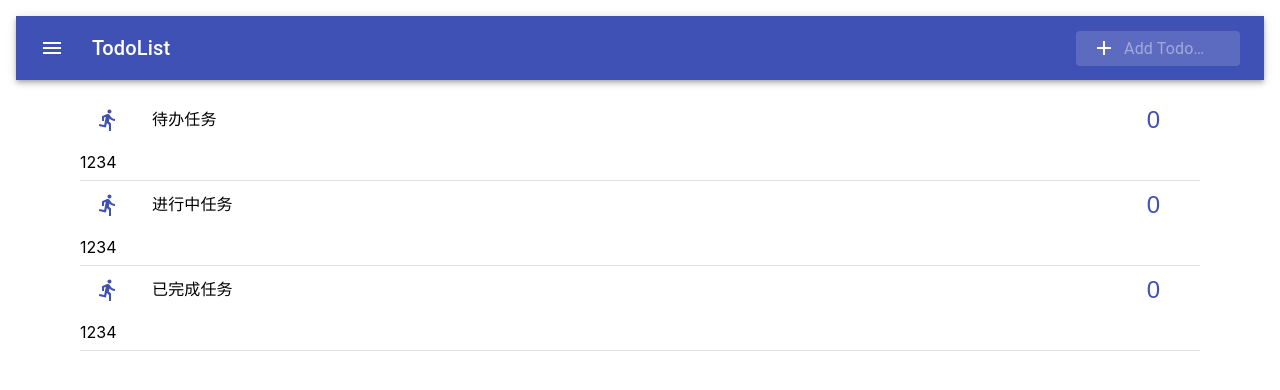
Repository: harperl71/TodoList
Page: /
These files come from the project's save history. The page is drawn as it stood at one moment and after the next save; the edit follows.
The browser window is 1280 px wide. The pictures show the whole page.
The project was rebuilt for these pictures with package versions that can differ from the ones it lists, and the page was loaded fresh each time.

Above is the page before, as saved 2021-05-21 10:08:30.

### src/App.tsx
import React from "react";
import Header from "./components/header";
import Content from "./components/content";
import Footer from "./components/footer";
import Myprovider from "./context";
import TaskItem from "./components/content/task-item";

function App() {
  return (
    <div className="APP">
      <Myprovider>
        <Header />
        <Content />
        <Footer />
        {/*  <TaskItem /> */}
      </Myprovider>
    </div>
  );
}

export default App;

### src/components/header/index.tsx
import React, { useContext } from "react";
import { MyContext } from "../../context";
import AppBar from "@material-ui/core/AppBar";
import Toolbar from "@material-ui/core/Toolbar";
import IconButton from "@material-ui/core/IconButton";
import Typography from "@material-ui/core/Typography";
import InputBase from "@material-ui/core/InputBase";
import { makeStyles, fade } from "@material-ui/core/styles";
import MenuIcon from "@material-ui/icons/Menu";
import AddIcon from "@material-ui/icons/Add";

const useStyles = makeStyles((theme) => ({
  header: {
    margin: theme.spacing(2),
    justifyContent: "space-between",
  },
  listButton: {
    marginRight: theme.spacing(2),
  },
  title: {
    flexGrow: 1,
    display: "none",
    [theme.breakpoints.up("sm")]: {
      display: "block",
    },
  },
  search: {
    position: "relative",
    borderRadius: theme.shape.borderRadius,
    backgroundColor: fade(theme.palette.common.white, 0.15),
    "&:hover": {
      backgroundColor: fade(theme.palette.common.white, 0.25),
    },
    marginLeft: 0,
    width: "100%",
    [theme.breakpoints.up("sm")]: {
      marginLeft: theme.spacing(1),
      width: "auto",
    },
  },
  addIcon: {
    padding: theme.spacing(0, 2),
    height: "100%",
    position: "absolute",
    pointerEvents: "none",
    display: "flex",
    alignItems: "center",
    justifyContent: "center",
  },
  inputRoot: {
    color: "inherit",
  },
  inputInput: {
    padding: theme.spacing(1, 1, 1, 0),
    // vertical padding + font size from searchIcon
    paddingLeft: `calc(1em + ${theme.spacing(4)}px)`,
    transition: theme.transitions.create("width"),
    width: "100%",
    [theme.breakpoints.up("sm")]: {
      width: "12ch",
      "&:focus": {
        width: "20ch",
      },
    },
  },
}));

export default function SearchAppBar() {
  const classes = useStyles();
  const { Add } = useContext(MyContext);

  const enterPress = (evt: React.SyntheticEvent) => {
    if (
      (evt as KeyboardEventInit).code === "Enter" &&
      (evt.target as HTMLInputElement).value !== ""
    ) {
      Add((evt.target as HTMLInputElement).value);
      (evt.target as HTMLInputElement).value = "";
    }
  };

  return (
    <div className={classes.header}>
      <AppBar position="static">
        <Toolbar>
          <IconButton
            edge="start"
            className={classes.listButton}
            color="inherit"
            aria-label="open drawer"
          >
            <MenuIcon />
          </IconButton>
          <Typography className={classes.title} variant="h6" noWrap>
            TodoList
          </Typography>
          <div className={classes.search}>
            <div className={classes.addIcon}>
              <AddIcon />
            </div>
            <InputBase
              placeholder="Add Todo…"
              required
              classes={{
                root: classes.inputRoot,
                input: classes.inputInput,
              }}
              onKeyPress={enterPress}
            />
          </div>
        </Toolbar>
      </AppBar>
    </div>
  );
}

### src/components/content/index.tsx
import React, { Fragment } from "react";
import TaskList from "./task-list";
import { makeStyles } from "@material-ui/core";

const useStyles = makeStyles((theme) => ({
  content: {
    margin: theme.spacing(0, 6),
    justifyContent: "center",
  },
}));

const Content = () => {
  const classes = useStyles();
  return (
    <div className={classes.content}>
      <Fragment>
        <TaskList title="待办任务" status="todo" />
        <TaskList title="进行中任务" status="doing" />
        <TaskList title="已完成任务" status="done" />
      </Fragment>
    </div>
  );
};

export default Content;

### src/components/footer/index.tsx
import React from "react";

const Footer = () => {
  return <div className="footer"></div>;
};

export default Footer;

### src/context/index.tsx
import React, { createContext, useState } from "react";

export interface TodoProps {
  id: number;
  text: string;
  status: string;
}

export interface ContextProps {
  todoList: TodoProps[];
  Add: (item: string) => void;
  Delete: (id: number) => void;
  Remove: (index: number, status: string) => void;
  Clear: () => void;
}

export const MyContext = createContext({} as ContextProps);

const Myprovider = (props: React.PropsWithChildren<{}>) => {
  const [todoList, setList] = useState<TodoProps[]>([]);

  const Add = (item: string) => {
    const listItem = {
      id: new Date().getTime(),
      text: item,
      status: "todo",
    };
    setList([...todoList, listItem]);
  };
  //console.log(...todoList);

  const Delete = (id: number) => {
    setList(todoList.filter((item) => item.id !== id));
  };

  const Remove = (index: number, status: string) => {
    if (status === "todo") {
      const listItem = Object.assign({}, todoList[index], {
        status: "doing",
      });
      const list = todoList.splice(index, 1);
      setList([...list, listItem]);
    }
    if (status === "doing") {
      const listItem = Object.assign({}, todoList[index], {
        status: "done",
      });
      const list = todoList.splice(index, 1);
      setList([...list, listItem]);
    }
  };

  const Clear = () => setList([]);

  return (
    <MyContext.Provider value={{ todoList, Add, Delete, Remove, Clear }}>
      {props.children}
    </MyContext.Provider>
  );
};

export default Myprovider;

### src/components/content/task-list/index.tsx
import React, { Fragment, useContext } from "react";
import TaskItem from "../task-item";
import { MyContext } from "../../../context";
import {
  makeStyles,
  List,
  ListItem,
  ListItemIcon,
  ListItemText,
  Divider,
  IconButton,
} from "@material-ui/core";
import DirectionsRunIcon from "@material-ui/icons/DirectionsRun";

const useStyles = makeStyles((theme) => ({
  list: {
    margin: theme.spacing(0, 4),
    justifyContent: "space-between",
    padding: 0,
  },
  listTitle: {
    justifyContent: "center",
  },
  listnum: {
    marginRight: theme.spacing(3),
    padding: 0,
    color: "secondary",
  },
}));

interface Iprops {
  title: string;
  status: string;
}

const TaskList = ({ title, status }: Iprops) => {
  const classes = useStyles();

  const { todoList } = useContext(MyContext);
  console.log(todoList);

  return (
    <List
      className={classes.list}
      component="nav"
      aria-label="main mailbox folders"
    >
      <ListItem className="ListHeader" button>
        <ListItemIcon>
          <DirectionsRunIcon color="primary" />
        </ListItemIcon>
        <ListItemText primary={title} />
        <IconButton
          className={classes.listnum}
          color="primary"
          aria-label="list-num"
        >
          {
            todoList.filter((item) => {
              return item.status === status;
            }).length
          }
        </IconButton>
      </ListItem>
      <div>
        <List className={title}>
          {/* {todoList
            .filter((item) => {
              return item.status === status;
            })
            .map((item) => {
              return 1;
            })}
           */}
          {1234}
        </List>
      </div>

      <Divider />
    </List>
  );
};

export default TaskList;

Loaded but not shown: public/index.html (common file); src/index.tsx (common file); src/index.css (common file); src/reportWebVitals.ts (common file)

After the next save:
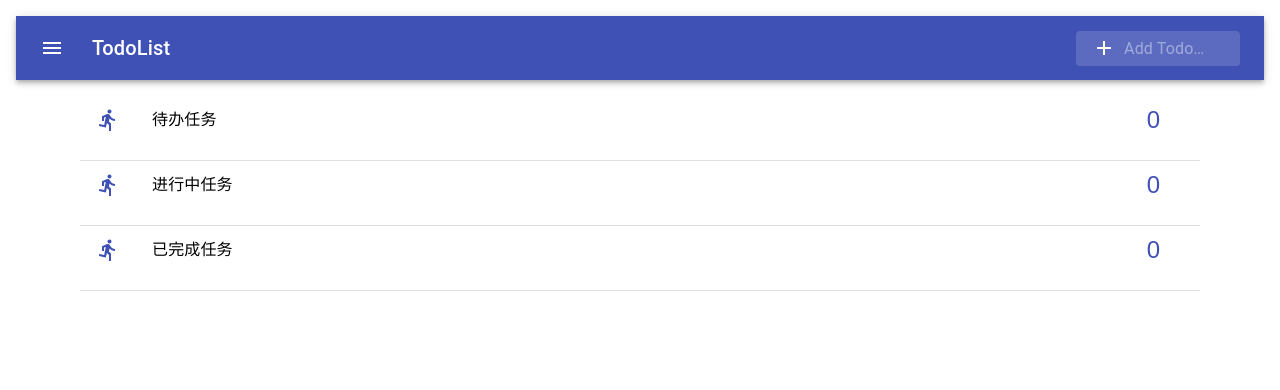
Saved 75 s later.
--- a/src/components/content/task-list/index.tsx
+++ b/src/components/content/task-list/index.tsx
@@ -72,7 +72,7 @@ const TaskList = ({ title, status }: Iprops) => {
               return 1;
             })}
            */}
-          {1234}
+          {console.log(todoList)}
         </List>
       </div>
 
